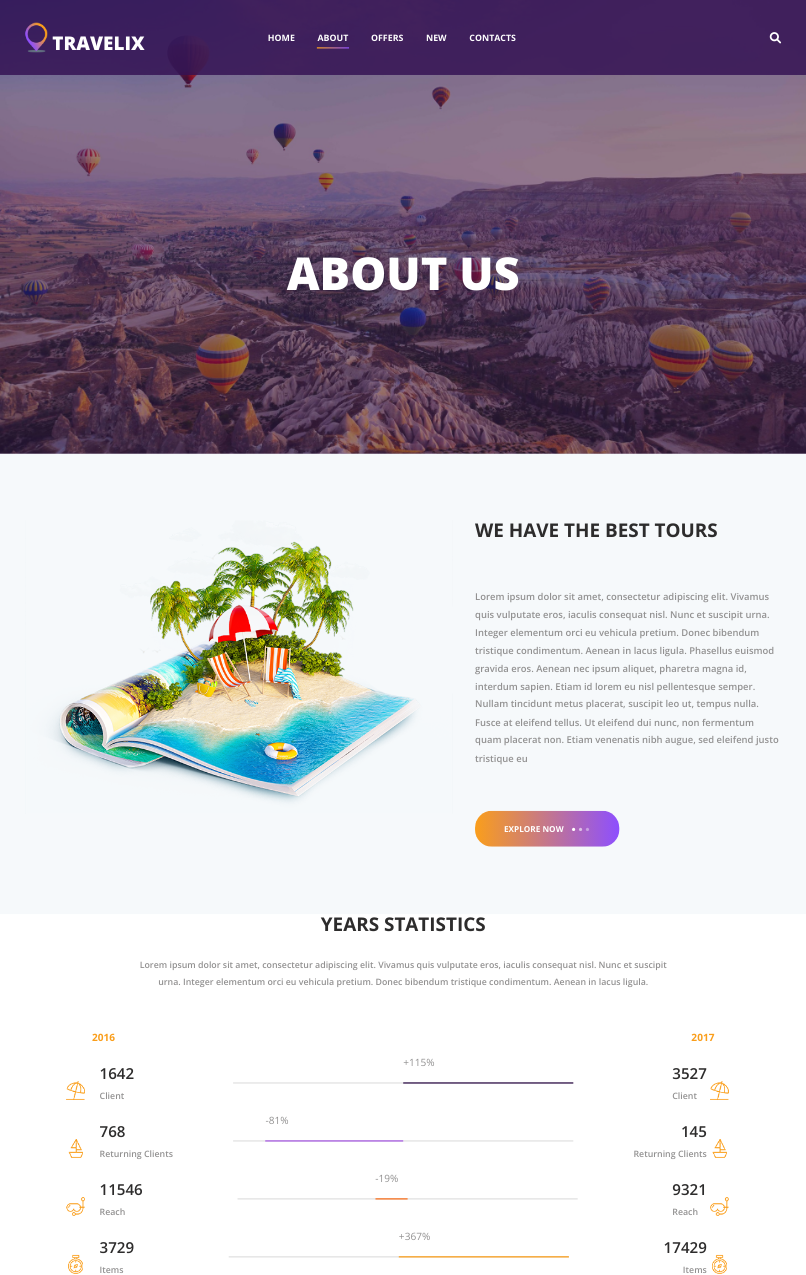
Repository: phamhuuloc/Travelix_Template
Page: about.html
An editor plug-in stored every save of this project. The page is shown before and after the next save, followed by the edit.
The browser window is 1280 px wide. The pictures show the whole page, at 63% of full size.
Backgrounds fixed to the window are drawn as part of the page. Some web fonts or font styles are not loaded; a fallback is used.

Above is the page before, as saved 2021-10-13 10:08:16.

### about.html
<!DOCTYPE html>
<html lang="en">
  <head>
    <meta charset="UTF-8" />
    <meta http-equiv="X-UA-Compatible" content="IE=edge" />
    <meta name="viewport" content="width=device-width, initial-scale=1.0" />
    <title>Document</title>
    <link rel="shortcut icon" href="./assets/img/logo.png" />
    <link
      href="https://fonts.googleapis.com/css2?family=Caramel&display=swap"
      rel="stylesheet"
    />
    <!-- GOOGLE FONT -->
    <link
      href="https://fonts.googleapis.com/css2?family=Birthstone&display=swap"
      rel="stylesheet"
    />
    <!-- FONT AWESOME -->
    <link
      rel="stylesheet"
      href="https://cdnjs.cloudflare.com/ajax/libs/font-awesome/6.0.0-beta2/css/all.min.css"
      integrity="sha512-YWzhKL2whUzgiheMoBFwW8CKV4qpHQAEuvilg9FAn5VJUDwKZZxkJNuGM4XkWuk94WCrrwslk8yWNGmY1EduTA=="
      crossorigin="anonymous"
      referrerpolicy="no-referrer"
    />
    <!-- CSS -->
    <link rel="stylesheet" href="./assets/css/reset.css" />
    <link rel="stylesheet" href="./assets/css/grid.css" />
    <link rel="stylesheet" href="./assets/css/base.css" />
    <link rel="stylesheet" href="./assets/css/about.css" />
  </head>
  <body>
    <header class="header">
      <div class="header-topbar" style="display: none">
        <div class="grid wide">
          <div class="header-topbar__container">
            <div class="row">
              <div class="col l-6">
                <div class="header-topbar__contact">
                  <ul>
                    <li>
                      <a href="">+84 945 000 917</a>
                    </li>
                    <li>
                      <a href=""><i class="fab fa-pinterest"></i></a>
                    </li>
                    <li>
                      <a href=""><i class="fab fa-facebook-f"></i></a>
                    </li>
                    <li>
                      <a href=""><i class="fab fa-twitter"></i></a>
                    </li>
                    <li>
                      <a href=""><i class="fab fa-dribbble"></i></a>
                    </li>
                    <li>
                      <a href=""><i class="fab fa-behance"></i></a>
                    </li>
                    <li>
                      <a href=""><i class="fab fa-linkedin-in"></i></a>
                    </li>
                  </ul>
                </div>
              </div>
              <div class="col l-6">
                <div class="header-topbar__login">
                  <ul>
                    <li><a href="">Login</a></li>
                    <li><a href="">|</a></li>
                    <li><a href="">Register</a></li>
                  </ul>
                </div>
              </div>
            </div>
          </div>
        </div>
      </div>
      <div class="header-nav">
        <div class="grid wide">
          <div class="header-nav__container">
            <div class="row">
              <div class="col l-3">
                <div class="logo">
                  <a href="" class="logo__link">
                    <img src="./assets/img/logo.png" alt="" />
                    <h2 class="logo__text">Travelix</h2>
                  </a>
                </div>
              </div>
              <div class="col l-6 m-0 c-0">
                <div class="nav-menu">
                  <ul class="nav-menu__list">
                    <li class="nav-menu__item">
                      <a href="index.html" class="nav-menu__link">Home</a>
                    </li>
                    <li class="nav-menu__item active">
                      <a href="./about.html" class="nav-menu__link">About</a>
                    </li>
                    <li class="nav-menu__item">
                      <a href="" class="nav-menu__link">Offers</a>
                    </li>
                    <li class="nav-menu__item">
                      <a href="" class="nav-menu__link">New</a>
                    </li>
                    <li class="nav-menu__item">
                      <a href="" class="nav-menu__link">Contacts</a>
                    </li>
                  </ul>
                </div>
              </div>
              <div class="col l-3">
                <div class="header-search">
                  <i class="fas fa-search header-search__icon"></i>
                </div>
              </div>
            </div>
          </div>
        </div>
      </div>
    </header>
    <div class="home">
      <div
        class="home-background"
        style="background-image: url(./assets/img/about.jpg)"
      ></div>
      <div class="home__title"><h1>About us</h1></div>
    </div>
    <section class="intro">
      <div class="grid wide">
        <div class="intro__container">
          <div class="row">
            <div class="col l-7 intro__img">
              <img src="./assets/img/intro_about.png" alt="" />
            </div>
            <div class="col l-5 intro__content">
              <h2 class="intro__title">WE HAVE THE BEST TOURS</h2>
              <p class="intro__desc">
                Lorem ipsum dolor sit amet, consectetur adipiscing elit. Vivamus
                quis vulputate eros, iaculis consequat nisl. Nunc et suscipit
                urna. Integer elementum orci eu vehicula pretium. Donec bibendum
                tristique condimentum. Aenean in lacus ligula. Phasellus euismod
                gravida eros. Aenean nec ipsum aliquet, pharetra magna id,
                interdum sapien. Etiam id lorem eu nisl pellentesque semper.
                Nullam tincidunt metus placerat, suscipit leo ut, tempus nulla.
                Fusce at eleifend tellus. Ut eleifend dui nunc, non fermentum
                quam placerat non. Etiam venenatis nibh augue, sed eleifend
                justo tristique eu
              </p>
              <div class="intro__btn">
                <div class="btn">
                  <div class="btn-bg"></div>
                  <a href="#" class="btn-link">
                    explore now
                    <span></span>
                    <span></span>
                    <span></span>
                  </a>
                </div>
              </div>
            </div>
          </div>
        </div>
      </div>
    </section>
    <section class="stats">
      <div class="grid wide">
        <div class="stats__container">
          <h2 class="stats__title">YEARS STATISTICS</h2>
          <div class="wrap_text">
            <p class="stats__text">
              Lorem ipsum dolor sit amet, consectetur adipiscing elit. Vivamus
              quis vulputate eros, iaculis consequat nisl. Nunc et suscipit
              urna. Integer elementum orci eu vehicula pretium. Donec bibendum
              tristique condimentum. Aenean in lacus ligula.
            </p>
          </div>
          <div class="stats__year">
            <div class="stats__year-last">2016</div>
            <div class="stats__year-new">2017</div>
          </div>
          <div class="stats__content">
            <div class="stats__item">
              <div class="stats__last">
                <div class="stats__icon">
                  <img src="./assets/img/stats_1.png" alt="" />
                </div>
                <div class="stats__content">
                  <div class="stats__number">1642</div>
                  <div class="stats__type">Client</div>
                </div>
              </div>
              <div class="stats__bar">
                <div class="stats__bar-perc" style="left: 50%; width: 50%">
                  <div class="stats__bar-value">+115%</div>
                </div>
              </div>
              <div class="stats__new">
                <div class="stats__content">
                  <div class="stats__number">3527</div>
                  <div class="stats__type">Client</div>
                </div>
                <div class="stats__icon">
                  <img src="./assets/img/stats_1.png" alt="" />
                </div>
              </div>
            </div>
            <div class="stats__item">
              <div class="stats__last">
                <div class="stats__icon">
                  <img src="./assets/img/stats_2.png" alt="" />
                </div>
                <div class="stats__last-content">
                  <div class="stats__number">768</div>
                  <div class="stats__type">Returning Clients</div>
                </div>
              </div>
              <div class="stats__bar">
                <div
                  class="stats__bar-perc"
                  style="
                    right: 50%;
                    width: 40.5%;
                    background: rgb(169, 92, 228);
                  "
                >
                  <div class="stats__bar-value">-81%</div>
                </div>
              </div>
              <div class="stats__new">
                <div class="stats__new-content">
                  <div class="stats__number">145</div>
                  <div class="stats__type">Returning Clients</div>
                </div>
                <div class="stats__icon">
                  <img src="./assets/img/stats_2.png" alt="" />
                </div>
              </div>
            </div>
            <div class="stats__item">
              <div class="stats__last">
                <div class="stats__icon">
                  <img src="./assets/img/stats_3.png" alt="" />
                </div>
                <div class="stats__last-content">
                  <div class="stats__number">11546</div>
                  <div class="stats__type">Reach</div>
                </div>
              </div>
              <div class="stats__bar">
                <div
                  class="stats__bar-perc"
                  style="right: 50%; width: 9.5%; background: rgb(250, 111, 27)"
                >
                  <div class="stats__bar-value">-19%</div>
                </div>
              </div>
              <div class="stats__new">
                <div class="stats__content">
                  <div class="stats__number">9321</div>
                  <div class="stats__type">Reach</div>
                </div>
                <div class="stats__icon">
                  <img src="./assets/img/stats_3.png" alt="" />
                </div>
              </div>
            </div>
            <div class="stats__item">
              <div class="stats__last">
                <div class="stats__icon">
                  <img src="./assets/img/stats_4.png" alt="" />
                </div>
                <div class="stats__last-content">
                  <div class="stats__number">3729</div>
                  <div class="stats__type">Items</div>
                </div>
              </div>
              <div class="stats__bar">
                <div
                  class="stats__bar-perc"
                  style="left: 50%; width: 50%; background: rgb(250, 158, 27)"
                >
                  <div class="stats__bar-value">+367%</div>
                </div>
              </div>
              <div class="stats__new">
                <div class="stats__new-content">
                  <div class="stats__number">17429</div>
                  <div class="stats__type">Items</div>
                </div>
                <div class="stats__icon">
                  <img src="./assets/img/stats_4.png" alt="" />
                </div>
              </div>
            </div>
          </div>
        </div>
      </div>
    </section>
  </body>
</html>

### assets/css/grid.css
.grid {
  width: 100%;
  padding: 0;
}
.grid.wide {
  max-width: 1200px;

  margin: 0 auto;
}
.row {
  display: flex;
  flex-wrap: wrap;
  margin-left: -4px;
  margin-right: -4px;
}
.row.no-gutters {
  margin-left: 0;
  margin-right: 0;
}
.col {
  padding-left: 4px;
  padding-right: 4px;
}
.row.no-gutters .col {
  margin-left: 0;
  margin-right: 0;
}

.c-0 {
  display: none;
}

.c-1 {
  flex: 0 0 8.33333%;
  max-width: 8.33333%;
}

.c-2 {
  flex: 0 0 16.66667%;
  max-width: 16.66667%;
}

.c-3 {
  flex: 0 0 25%;
  max-width: 25%;
}

.c-4 {
  flex: 0 0 33.33333%;
  max-width: 33.33333%;
}

.c-5 {
  flex: 0 0 41.66667%;
  max-width: 41.66667%;
}

.c-6 {
  flex: 0 0 50%;
  max-width: 50%;
}

.c-7 {
  flex: 0 0 58.33333%;
  max-width: 58.33333%;
}

.c-8 {
  flex: 0 0 66.66667%;
  max-width: 66.66667%;
}

.c-9 {
  flex: 0 0 75%;
  max-width: 75%;
}

.c-10 {
  flex: 0 0 83.33333%;
  max-width: 83.33333%;
}

.c-11 {
  flex: 0 0 91.66667%;
  max-width: 91.66667%;
}

.c-12 {
  flex: 0 0 100%;
  max-width: 100%;
}

.c-o-1 {
  margin-left: 8.33333%;
}

.c-o-2 {
  margin-left: 16.66667%;
}

.c-o-3 {
  margin-left: 25%;
}

.c-o-4 {
  margin-left: 33.33333%;
}

.c-o-5 {
  margin-left: 41.66667%;
}

.c-o-6 {
  margin-left: 50%;
}

.c-o-7 {
  margin-left: 58.33333%;
}

.c-o-8 {
  margin-left: 66.66667%;
}

.c-o-9 {
  margin-left: 75%;
}

.c-o-10 {
  margin-left: 83.33333%;
}

.c-o-11 {
  margin-left: 91.66667%;
}
/* TABLET */
@media (min-width: 740px) {
  .row {
    margin-left: -8px;
    margin-right: -8px;
  }
  .col {
    padding-right: 8px;
    padding-left: 8px;
  }
  .m-0 {
    display: none;
  }
  .m-1,
  .m-2,
  .m-3,
  .m-4,
  .m-5,
  .m-6,
  .m-7,
  .m-8,
  .m-9,
  .m-10,
  .m-11,
  .m-12 {
    display: block;
  }

  .m-1 {
    flex: 0 0 8.33333%;
    max-width: 8.33333%;
  }

  .m-2 {
    flex: 0 0 16.66667%;
    max-width: 16.66667%;
  }

  .m-3 {
    flex: 0 0 25%;
    max-width: 25%;
  }

  .m-4 {
    flex: 0 0 33.33333%;
    max-width: 33.33333%;
  }

  .m-5 {
    flex: 0 0 41.66667%;
    max-width: 41.66667%;
  }

  .m-6 {
    flex: 0 0 50%;
    max-width: 50%;
  }

  .m-7 {
    flex: 0 0 58.33333%;
    max-width: 58.33333%;
  }

  .m-8 {
    flex: 0 0 66.66667%;
    max-width: 66.66667%;
  }

  .m-9 {
    flex: 0 0 75%;
    max-width: 75%;
  }

  .m-10 {
    flex: 0 0 83.33333%;
    max-width: 83.33333%;
  }

  .m-11 {
    flex: 0 0 91.66667%;
    max-width: 91.66667%;
  }

  .m-12 {
    flex: 0 0 100%;
    max-width: 100%;
  }

  .m-o-1 {
    margin-left: 8.33333%;
  }

  .m-o-2 {
    margin-left: 16.66667%;
  }

  .m-o-3 {
    margin-left: 25%;
  }

  .m-o-4 {
    margin-left: 33.33333%;
  }

  .m-o-5 {
    margin-left: 41.66667%;
  }

  .m-o-6 {
    margin-left: 50%;
  }

  .m-o-7 {
    margin-left: 58.33333%;
  }

  .m-o-8 {
    margin-left: 66.66667%;
  }

  .m-o-9 {
    margin-left: 75%;
  }

  .m-o-10 {
    margin-left: 83.33333%;
  }

  .m-o-11 {
    margin-left: 91.66667%;
  }
}
/* PC MEDIUM RESOLUTION */
@media (min-width: 1113px) {
  .row {
    margin-left: -12px;
    margin-right: -12px;
  }
  .row.sm-gutter {
    margin-left: -8px;
    margin-right: -8px;
  }
  .col {
    padding-left: 12px;
    padding-right: 12px;
  }
  .row.sm-gutter .col {
    padding-left: 8px;
    padding-right: 8px;
  }
  .l-0 {
    display: none;
  }

  .l-1,
  .l-2,
  .l-2-4,
  .l-3,
  .l-4,
  .l-5,
  .l-6,
  .l-7,
  .l-8,
  .l-9,
  .l-10,
  .l-11,
  .l-12 {
    display: block;
  }

  .l-1 {
    flex: 0 0 8.33333%;
    max-width: 8.33333%;
  }

  .l-2 {
    flex: 0 0 16.66667%;
    max-width: 16.66667%;
  }

  .l-2-4 {
    flex: 0 0 20%;
    max-width: 20%;
  }

  .l-3 {
    flex: 0 0 25%;
    max-width: 25%;
  }

  .l-4 {
    flex: 0 0 33.33333%;
    max-width: 33.33333%;
  }

  .l-5 {
    flex: 0 0 41.66667%;
    max-width: 41.66667%;
  }

  .l-6 {
    flex: 0 0 50%;
    max-width: 50%;
  }

  .l-7 {
    flex: 0 0 58.33333%;
    max-width: 58.33333%;
  }

  .l-8 {
    flex: 0 0 66.66667%;
    max-width: 66.66667%;
  }

  .l-9 {
    flex: 0 0 75%;
    max-width: 75%;
  }

  .l-10 {
    flex: 0 0 83.33333%;
    max-width: 83.33333%;
  }

  .l-11 {
    flex: 0 0 91.66667%;
    max-width: 91.66667%;
  }

  .l-12 {
    flex: 0 0 100%;
    max-width: 100%;
  }

  .l-o-1 {
    margin-left: 8.33333%;
  }

  .l-o-2 {
    margin-left: 16.66667%;
  }

  .l-o-3 {
    margin-left: 25%;
  }

  .l-o-4 {
    margin-left: 33.33333%;
  }

  .l-o-5 {
    margin-left: 41.66667%;
  }

  .l-o-6 {
    margin-left: 50%;
  }

  .l-o-7 {
    margin-left: 58.33333%;
  }

  .l-o-8 {
    margin-left: 66.66667%;
  }

  .l-o-9 {
    margin-left: 75%;
  }

  .l-o-10 {
    margin-left: 83.33333%;
  }

  .l-o-11 {
    margin-left: 91.66667%;
  }
}
/* TABLET AND PC */
@media (min-width: 740px) and (max-width: 1023px) {
  .wide {
    width: 644px;
  }
}
/* > PC  LOW RESOLUTION */
@media (min-width: 1024px) and (max-width: 1239px) {
  .wide {
    width: 984px;
  }
}
.form__item {
  display: flex;
  flex-direction: column;
}

### assets/css/about.css
.home-background {
  background-repeat: no-repeat;
  background-position: bottom center;
  background-attachment: fixed;
  background-size: cover;
}
.home__title {
  position: absolute;
  top: 55%;
  left: 50%;
  transform: translateX(-50%);
}
.home__title h1 {
  font-size: 7.2rem;
  font-weight: 800;
  color: var(--white-color);
  text-transform: uppercase;
}
/* INTRO */
.intro {
  padding: 10.6rem 0;
  background-color: #f6f9fb;
}
.intro__title {
  font-size: 3rem;
  font-weight: 700;
  color: var(--black-color);
  margin-bottom: 7.6rem;
  text-transform: uppercase;
}
.intro__desc {
  font-size: 1.5rem;
  font-weight: 600;
  color: var(--gray-color);
  line-height: 1.9;
}
.intro__btn .btn {
  left: 0;
  transform: translateX(0);
}
.stats__title {
  text-align: center;
  font-size: 3rem;
  font-weight: 700;
  color: var(--black-color);
  margin-bottom: 3.8rem;
}
.wrap_text {
  text-align: center;
  display: flex;
  justify-content: center;
  margin-bottom: 6.6rem;
}
.stats__text {
  font-size: 1.4rem;
  font-weight: 600;
  line-height: 1.9;
  color: var(--gray-color);
  max-width: 84rem;
}
.stats__year {
  display: flex;
  align-items: center;
  justify-content: space-between;
  padding: 0 10.6rem;
  margin-bottom: 3.6rem;
}
.stats__year-last,
.stats__year-new {
  font-size: 1.6rem;
  font-weight: 700;
  color: var(--primary-color);
}
.stats__item {
  display: flex;
  align-items: center;
  justify-content: space-between;
  padding: 0 60px;
  margin-top: 3.8rem;
}
.stats__last {
  display: flex;
  align-items: flex-end;
}
.stats__icon {
  margin-right: 1.8rem;
}
.stats__number {
  font-size: 2.4rem;
  font-weight: 600;
  color: var(--black-color);
  margin-bottom: 1.6rem;
}
.stats__type {
  font-size: 1.4rem;
  font-weight: 600;
  color: var(--gray-color);
}
.stats__new {
  display: flex;
  align-items: flex-end;
}
.stats__last-content {
  text-align: left;
}
.stats__new-content {
  text-align: right;
}
.stats__bar {
  position: relative;
  height: 2px;
  background-color: #e1e1e1;
  width: 50%;
  display: flex;
  flex-direction: column;
}
.stats__bar-value {
  position: absolute;
  top: -40px;
  color: var(--gray-color);
  font-size: 1.6rem;
  text-align: left;
}
.stats__bar-perc {
  position: absolute;
  height: 2px;
  background-color: rgb(49, 18, 75);
}

Loaded but not shown: assets/css/reset.css (common file); assets/css/base.css (441 lines, source omitted)

After the next save:
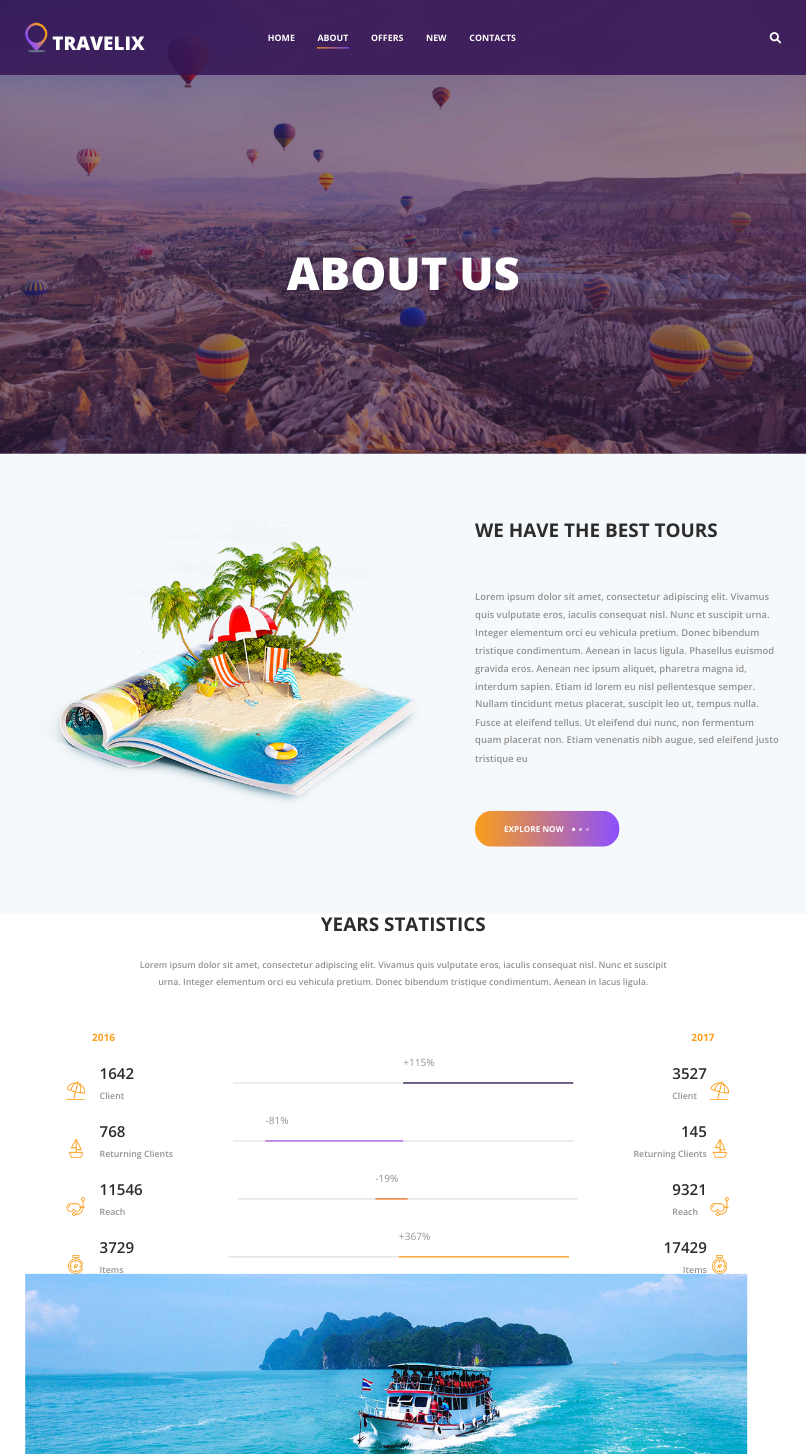
Saved 3 min 46 s later.
--- a/about.html
+++ b/about.html
@@ -296,5 +296,12 @@
         </div>
       </div>
     </section>
+    <section class="popular">
+      <div class="grid wide">
+        <div class="popular__container">
+          <img src="./assets/img/add.jpg" alt="" class="popular__img" />
+        </div>
+      </div>
+    </section>
   </body>
 </html>
